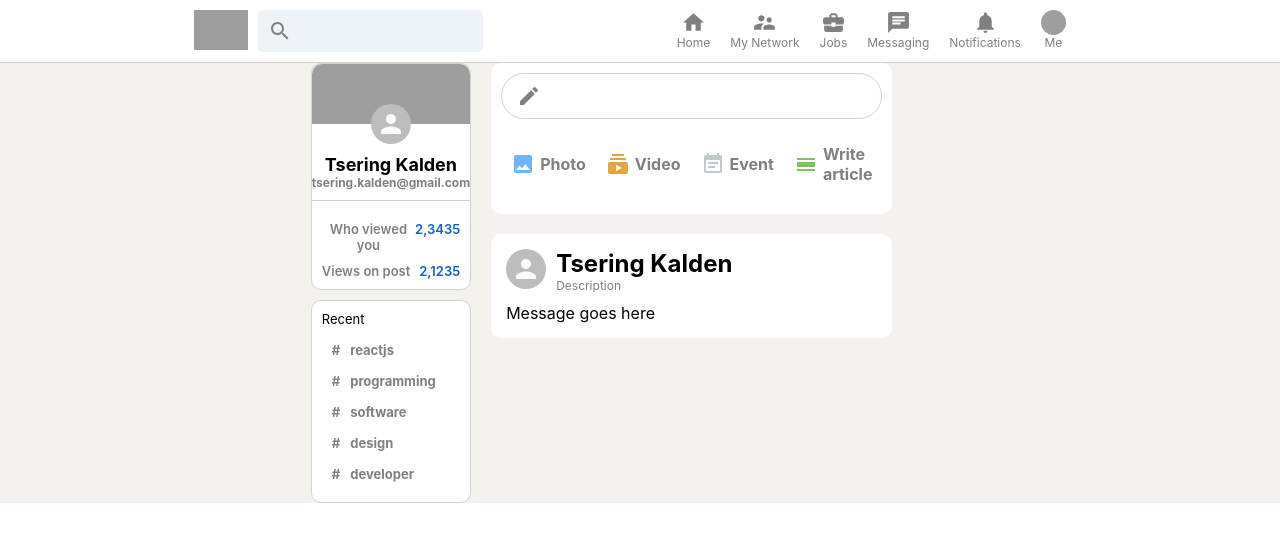
Repository: exiled-kal/linkedInreact-redux
Page: /
The author's editor kept a copy of each file at every save. The page is drawn from the files as they stood at one save, then again after the next save.
The browser window is 1280 px wide. The pictures show the whole page.
Pictures or frames that could not be fetched are drawn as grey boxes. The project was rebuilt for these pictures with package versions that can differ from the ones it lists, and the page was loaded fresh each time.

Above is the page before, as saved 2020-12-23 21:21:23.

### src/App.js
import React from 'react';
import './App.css';
import Feed from './Feed';
import Header from './Header';
import Sidebar from './Sidebar';

function App() {
  return (
    <div className="app">
      <Header />

      {/* App Body */}
      <div className="app__body">
        <Sidebar />

        <Feed />
        {/* Widgets */}
      </div>
    </div>
  );
}
export default App;

### src/Feed.js
import React from 'react';
import './Feed.css';
import InputOption from './InputOption';
import Post from './Post';

import CreateIcon from '@material-ui/icons/Create';
import ImageIcon from '@material-ui/icons/Image';
import SubscriptionsIcon from '@material-ui/icons/Subscriptions';
import CalendarViewDayIcon from '@material-ui/icons/CalendarViewDay';
import EventNoteIcon from '@material-ui/icons/EventNote';

function Feed() {
  return (
    <div className="feed">
      <div className="feed__inputContainer">
        <div className="feed__input">
          <CreateIcon />
          <form>
            <input type="text" />
            <button type="submit">Send</button>
          </form>
        </div>
        <div className="feed__inputOptions">
          <InputOption Icon={ImageIcon} title="Photo" color="#70B5F9" />
          <InputOption Icon={SubscriptionsIcon} title="Video" color="#E7A33E" />
          <InputOption Icon={EventNoteIcon} title="Event" color="#C0CBCD" />
          <InputOption
            Icon={CalendarViewDayIcon}
            title="Write article"
            color="#7FC15E"
          />
        </div>
      </div>
      <Post
        name="Tsering Kalden"
        description="This is a test"
        messsage="Wow this worked"
      />
    </div>
  );
}

export default Feed;

### src/Header.js
import React from 'react';
import './Header.css';
import SearchIcon from '@material-ui/icons/Search';
import HomeIcon from '@material-ui/icons/Home';
import SupervisorAccountIcon from '@material-ui/icons/SupervisorAccount';
import BusinessCenterIcon from '@material-ui/icons/BusinessCenter';
import ChatIcon from '@material-ui/icons/Chat';
import NotificationsIcon from '@material-ui/icons/Notifications';

import HeaderOption from './HeaderOption';

function Header() {
  return (
    <div className="header">
      <div className="header__left">
        <img
          src="https://www.flaticon.com/svg/static/icons/svg/174/174857.svg"
          alt=""
        />
        <div className="header__search">
          <SearchIcon />
          <input type="text" />
        </div>
      </div>
      <div className="header__right">
        <HeaderOption Icon={HomeIcon} title="Home" />
        <HeaderOption Icon={SupervisorAccountIcon} title="My Network" />
        <HeaderOption Icon={BusinessCenterIcon} title="Jobs" />
        <HeaderOption Icon={ChatIcon} title="Messaging" />
        <HeaderOption Icon={NotificationsIcon} title="Notifications" />
        <HeaderOption
          avatar="https://lh3.googleusercontent.com/ogw/ADGmqu_TO5DxpJaFKNCrPcspEX6tJRZjHj48Ofzpj3c1qw=s64-c-mo"
          title="Me"
        />
      </div>
    </div>
  );
}

export default Header;

### src/Sidebar.js
import {Avatar} from '@material-ui/core';
import React from 'react';
import './Sidebar.css';

function Sidebar() {
  const recentItem = (topic) => (
    <div className="sidebar__recentItem">
      <span className="sidebar__hash">#</span>
      <p>{topic}</p>
    </div>
  );
  return (
    <div className="sidebar">
      <div className="sidebar__top">
        <img src="https://i.stack.imgur.com/FNNGP.gif" alt="" />
        <Avatar className="sidebar__avatar" />
        <h2>Tsering Kalden</h2>
        <h4>tsering.kalden@gmail.com</h4>
      </div>
      <div className="sidebar__stats">
        <div className="sidebar__stat">
          <p>Who viewed you</p>
          <p className="sidebar__statNumber">2,3435</p>
        </div>
        <div className="sidebar__stat">
          <p>Views on post</p>
          <p className="sidebar__statNumber">2,1235</p>
        </div>
      </div>
      <div className="sidebar__bottom">
        <p>Recent</p>
        {recentItem('reactjs')}
        {recentItem('programming')}
        {recentItem('software')}
        {recentItem('design')}
        {recentItem('developer')}
      </div>
    </div>
  );
}

export default Sidebar;

### src/features/counter/counterSlice.js
import { createSlice } from '@reduxjs/toolkit';

export const counterSlice = createSlice({
  name: 'counter',
  initialState: {
    value: 0,
  },
  reducers: {
    increment: state => {
      // Redux Toolkit allows us to write "mutating" logic in reducers. It
      // doesn't actually mutate the state because it uses the Immer library,
      // which detects changes to a "draft state" and produces a brand new
      // immutable state based off those changes
      state.value += 1;
    },
    decrement: state => {
      state.value -= 1;
    },
    incrementByAmount: (state, action) => {
      state.value += action.payload;
    },
  },
});

export const { increment, decrement, incrementByAmount } = counterSlice.actions;

// The function below is called a thunk and allows us to perform async logic. It
// can be dispatched like a regular action: `dispatch(incrementAsync(10))`. This
// will call the thunk with the `dispatch` function as the first argument. Async
// code can then be executed and other actions can be dispatched
export const incrementAsync = amount => dispatch => {
  setTimeout(() => {
    dispatch(incrementByAmount(amount));
  }, 1000);
};

// The function below is called a selector and allows us to select a value from
// the state. Selectors can also be defined inline where they're used instead of
// in the slice file. For example: `useSelector((state) => state.counter.value)`
export const selectCount = state => state.counter.value;

export default counterSlice.reducer;

### src/Feed.css
.feed {
  flex: 0.6;
  margin: 0 20px;
}

.feed__inputContainer {
  background-color: white;
  padding: 10px;
  padding-bottom: 20px;
  border-radius: 10px;
  margin-bottom: 20px;
}

.feed__input {
  border: 1px solid lightgray;
  border-radius: 30px;
  display: flex;
  padding: 10px;
  color: gray;
  padding-left: 15px;
}

.feed__input > form {
  display: flex;
  width: 100%;
}

.feed__input > form > input {
  border: none;
  flex: 1;
  margin-left: 10px;
  outline-width: 0;
  font-weight: 600;
}

.feed__input > form > button {
  display: none;
}

.feed__inputOptions {
  display: flex;
  justify-content: space-evenly;

}

### src/InputOption.js
import React from 'react';
import './InputOption.css';

function InputOption({title, Icon, color}) {
  return (
    <div className="inputOption">
      <Icon style={{color: color}} />
      <h4>{title}</h4>
    </div>
  );
}

export default InputOption;

### src/Post.js
import {Avatar} from '@material-ui/core';
import React from 'react';
import './Post.css';

function Post({name, description, message, photoUrl}) {
  return (
    <div className="post">
      <div className="post__header">
        <Avatar />
        <div className="post__info">
          <h2>Tsering Kalden</h2>
          <p>Description</p>
        </div>
      </div>
      <div className="post__body">
        <p>Message goes here</p>
      </div>
    </div>
  );
}

export default Post;

### src/Header.css
.header {
  position: sticky;
  top: 0;
  z-index: 999;
  display: flex;
  background-color: white;
  justify-content: space-evenly;
  border-bottom: 0.1px solid lightgray;
  padding-top: 10px;
  padding-bottom: 10px;
  width: 100%;
}

.header__left {
  display: flex;
}

.header__left > img {
  object-fit: contain;
  height: 40px;
  margin-right: 10px;
}

.header__search {
  padding: 10px;
  display: flex;
  align-items: center;
  border-radius: 5px;
  height: 22px;
  color: gray;
  background-color: #eef3f8;
}

.header__search > input {
  outline: none;
  border: none;
  background: none;
}

.header__right {
  display: flex;
}

### src/HeaderOption.js
import { Avatar } from '@material-ui/core';
import React from 'react';
import './HeaderOption.css';

function HeaderOption({avatar, title, Icon}) {
  return (
    <div className="headerOption">
      {Icon && <Icon className="headerOption__icon" />}
      {avatar && <Avatar className="headerOption__icon" src={avatar} />}
      <h3 className="headerOption__title">{title}</h3>
    </div>
  );
}

export default HeaderOption;

### src/Sidebar.css
.sidebar {
  position: sticky;
  top: 80px;
  flex: 0.2;
  border-radius: 10px;
  text-align: center;
  height: fit-content;
}

.sidebar__avatar {
  margin-bottom: 10px;
}

.sidebar__top > h4 {
  color: gray;
  font-size: 12px;
}

.sidebar__top > h2 {
  font-size: 18px;
}

.sidebar__top {
  display: flex;
  flex-direction: column;
  align-items: center;
  border: 1px solid lightgray;
  border-bottom: 0;
  border-top-left-radius: 10px;
  border-top-right-radius: 10px;
  background-color: white;
  padding-bottom: 10px;
}

.sidebar__top > img {
  margin-bottom: -20px;
  width: 100%;
  height: 60px;
  border-top-left-radius: 10px;
  border-top-right-radius: 10px;
  object-fit: cover;
}

.sidebar__stats {
  padding: 10px;
  margin-bottom: 10px;
  border: 1px solid lightgray;
  background-color: white;
  border-bottom-left-radius: 10px;
  border-bottom-right-radius: 10px;
}
.sidebar__stat {
  margin-top: 10px;
  display: flex;
  justify-content: space-between;
}

.sidebar__stat > p {
  color: gray;
  font-size: 13px;
  font-weight: 600;
}

.sidebar__statNumber {
  font-weight: bold;
  color: #0a66c2 !important;
}

.sidebar__bottom {
  text-align: left;
  padding: 10px;
  border: 1px solid lightgray;
  background-color: white;
  border-radius: 10px;
  margin-top: 10px;
}

.sidebar__bottom > p {
  font-size: 13px;
  padding-bottom: 10px;
}

.sidebar__recentItem {
  display: flex;
  font-size: 13px;
  color: gray;
  font-weight: bolder;
  cursor: pointer;
  margin-bottom: 5px;
  padding: 5px;
}

.sidebar__recentItem:hover {
  background-color: whitesmoke;
  border-radius: 10px;
  cursor: pointer;
  color: black;
}

.sidebar__hash {
  margin-right: 10px;
  margin-left: 5px;
}

### src/Post.css
.post {
  background-color: white;
  padding: 15px;
  margin-bottom: 10px;
  border-radius: 10px;
}

.post__header {
  display: flex;
  margin-bottom: 10px;
}

.post__info {
  margin-left: 10px;
}

.post__info > p {
  font-size: 12px;
  color: gray;
}

.post__body {
  overflow-wrap: anywhere;
}

.post__info > h2 {
    font
}

Loaded but not shown: public/index.html (common file); src/index.js (common file); src/index.css (common file); src/app/store.js (common file); src/serviceWorker.js (common file); src/App.css (common file); src/InputOption.css (common file); src/HeaderOption.css (common file)

After the next save:
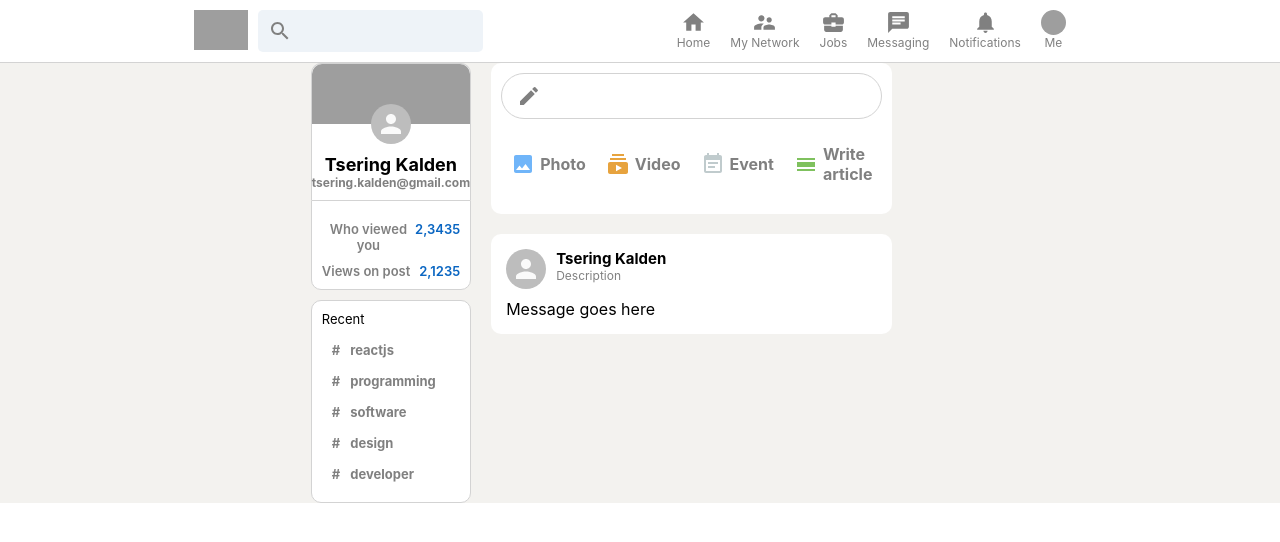
Saved 5 s later.
--- a/src/Post.css
+++ b/src/Post.css
@@ -24,5 +24,5 @@
 }
 
 .post__info > h2 {
-    font
+  font-size: 15px;
 }
